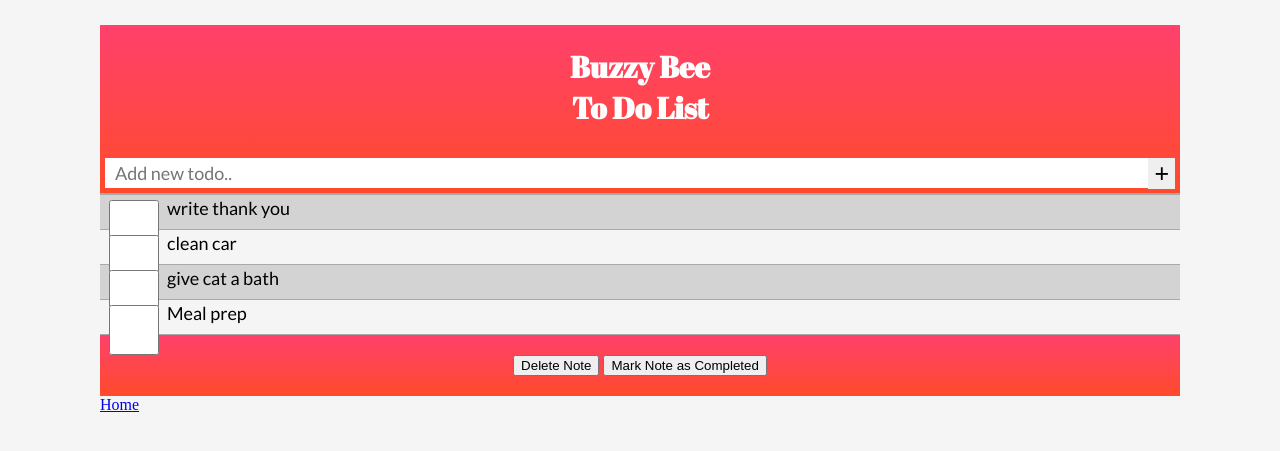
Repository: seleniadelgado/backend-spring2020-angie
Page: projects/todo/public_html/index.html
These files come from the project's save history. The page is drawn as it stood at one moment and after a run of saves; the edit follows.
The browser window is 1280 px wide. The pictures show the whole page.
The page's requests for data from a server got no answer.

Above is the page before, as saved 2020-05-13 16:55:13.

After the next 2 saves:
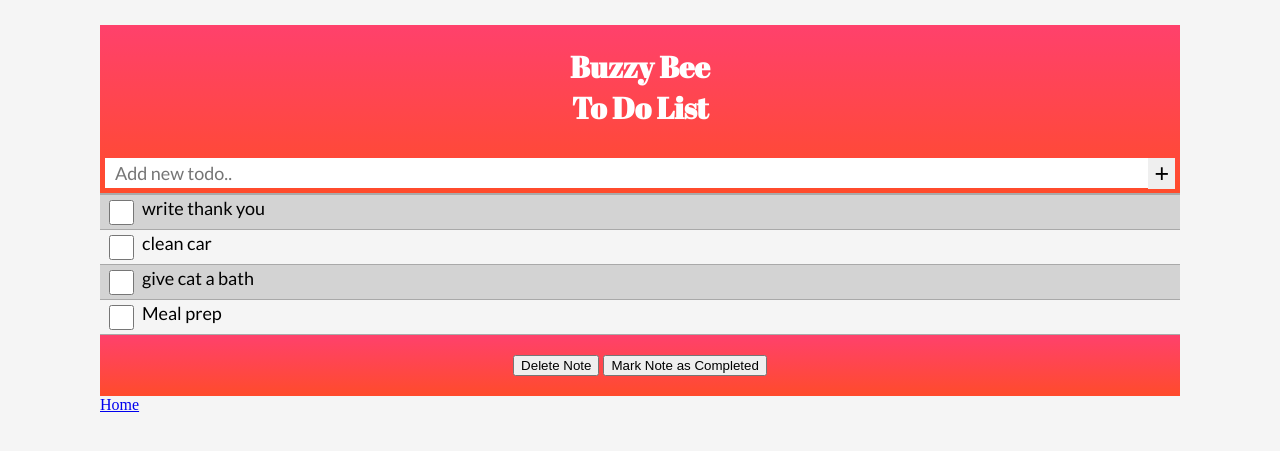
The 2 saves are shown as one change because they came seconds apart.
The last was saved 10 s later.
--- a/projects/todo/public_html/styles.css
+++ b/projects/todo/public_html/styles.css
@@ -99,8 +99,8 @@ body {
 
     opacity: 45;
     cursor: pointer;
-    height: 50px;
-    width: 50px;
+    height: 25px;
+    width: 25px;
   }
 
 .checkmark {
